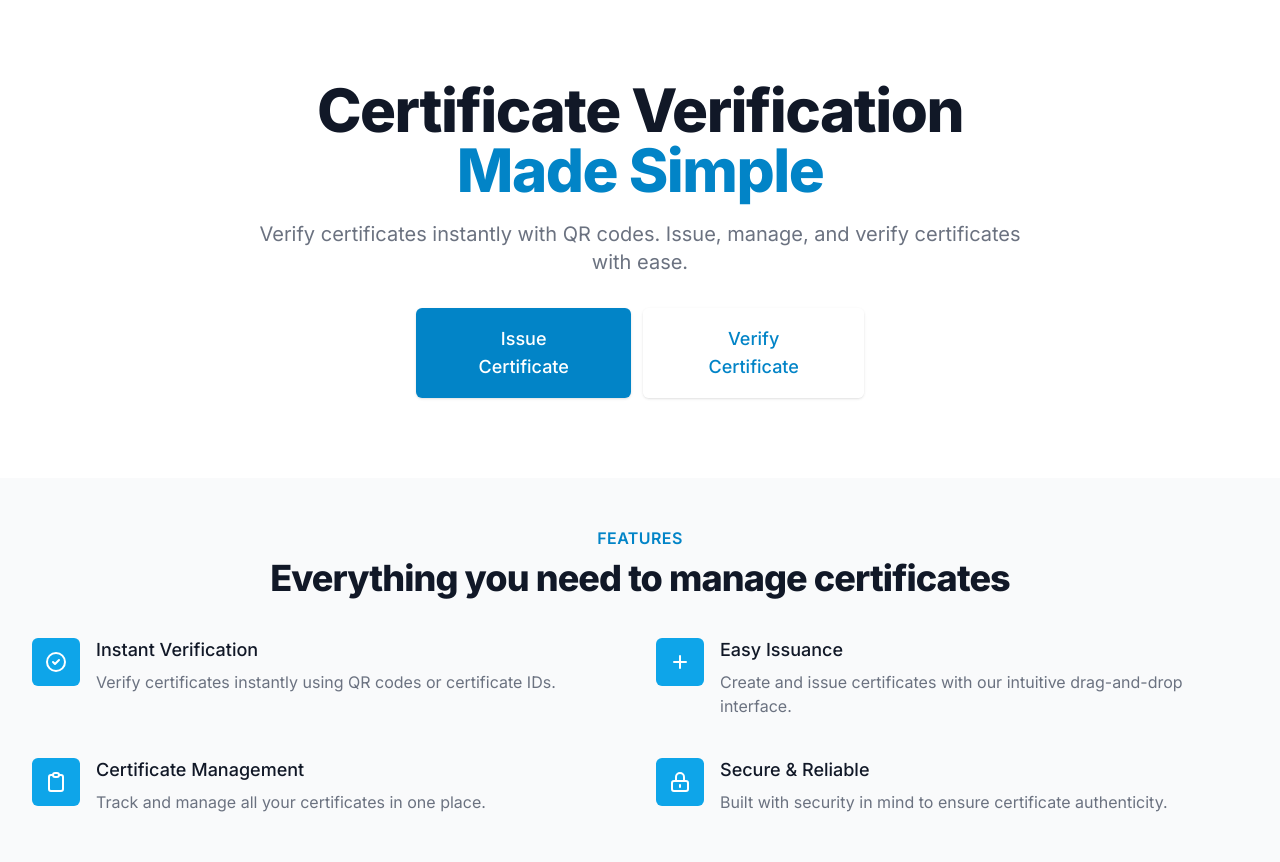
Repository: Cheeyan902/FYP-WebApp
Page: /
An editor plug-in stored every save of this project. The page is shown before and after the next save, followed by the edit.
The browser window is 1280 px wide. The pictures show the whole page.
The project was rebuilt for these pictures with package versions that can differ from the ones it lists, and the page was loaded fresh each time. The framework's server and built-in components were replaced by stand-ins that run in the browser. Also part of the build but not shown: next.config.ts.

Above is the page before, as saved 2025-04-01 23:52:30.

After the next save:
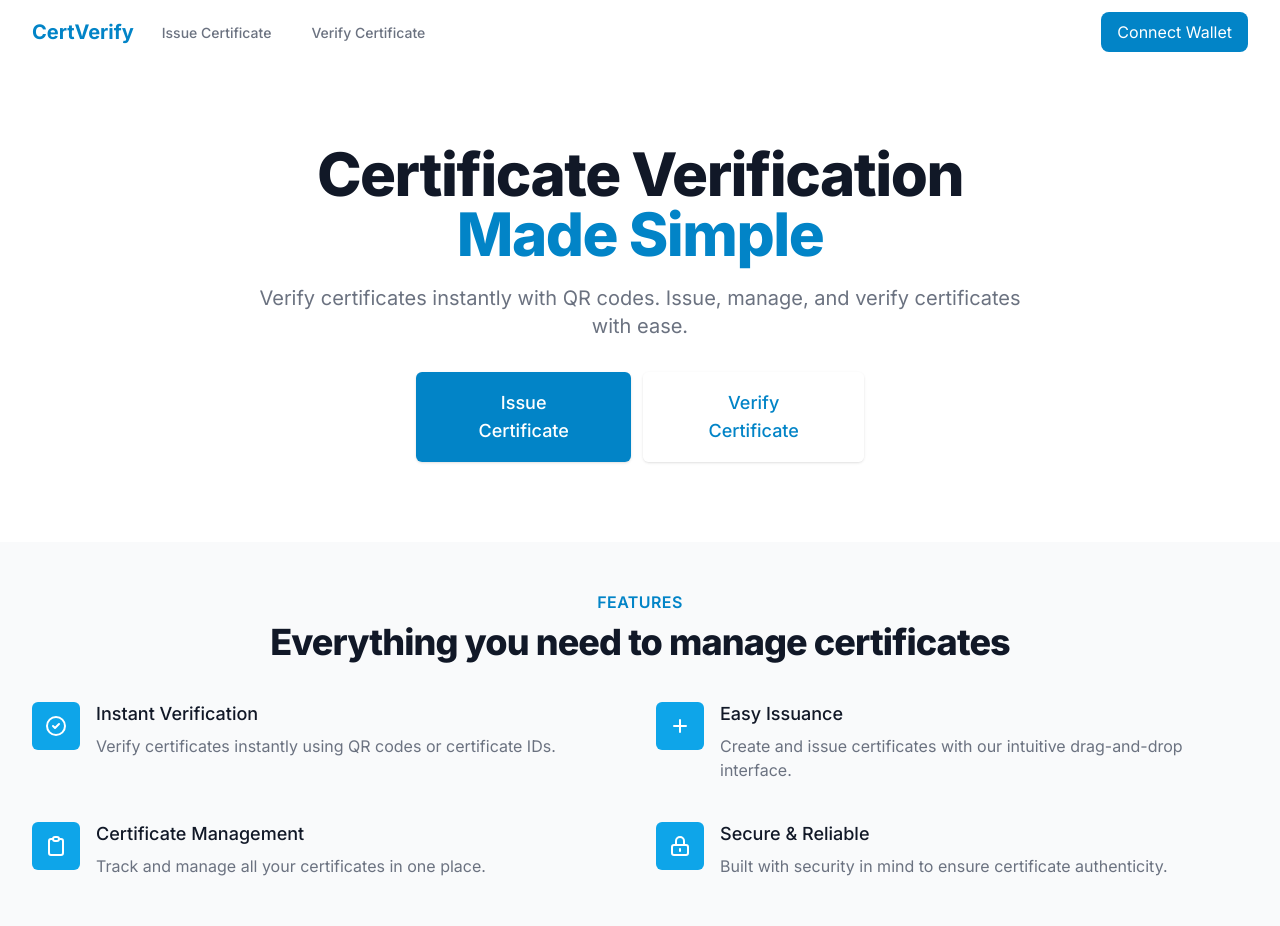
Saved 5 s later.
--- a/app/layout.tsx
+++ b/app/layout.tsx
@@ -2,6 +2,7 @@
 import { Inter } from "next/font/google";
 import "./globals.css";
 import { Toaster } from "react-hot-toast";
+import Navigation from "./components/Navigation";
 
 const inter = Inter({ subsets: ["latin"] });
 
@@ -18,6 +19,7 @@
   return (
     <html lang="en">
       <body className={inter.className}>
+        <Navigation />
         <Toaster position="top-right" />
         {children}
       </body>
